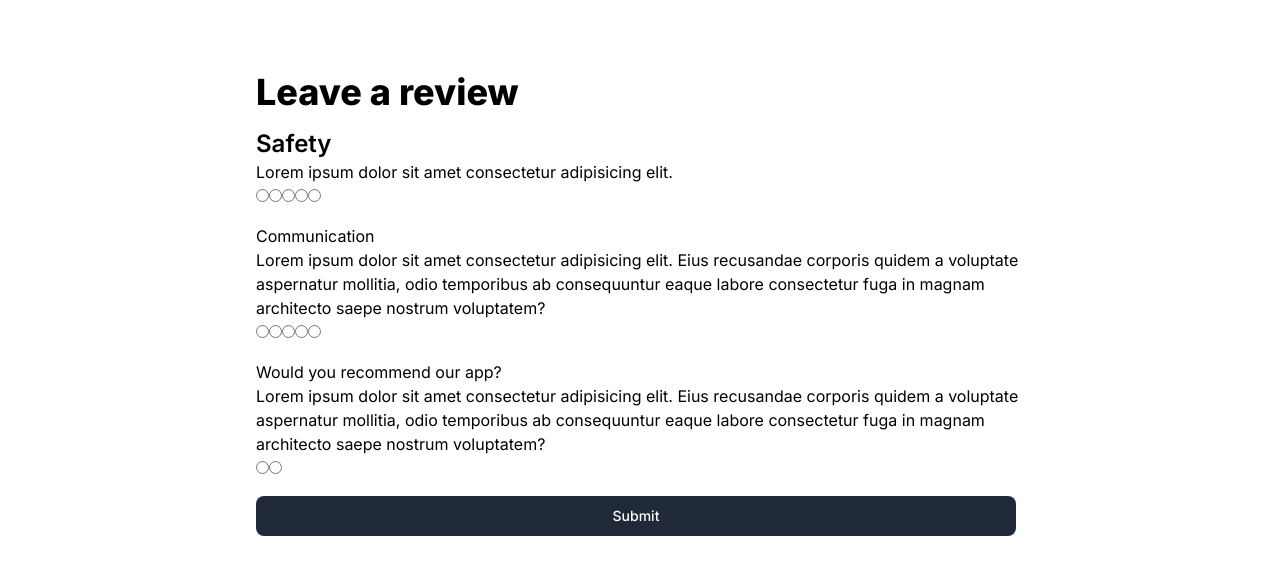
Repository: akankshaajoshi/review-form
Page: /review
An editor plug-in stored every save of this project. The page is shown before and after the next save, followed by the edit.
The browser window is 1280 px wide. The pictures show the whole page.
The project was rebuilt for these pictures with package versions that can differ from the ones it lists, and the page was loaded fresh each time. The framework's server and built-in components were replaced by stand-ins that run in the browser. Also part of the build but not shown: next.config.mjs.

Above is the page before, as saved 2024-05-25 12:34:55.

After the next save:
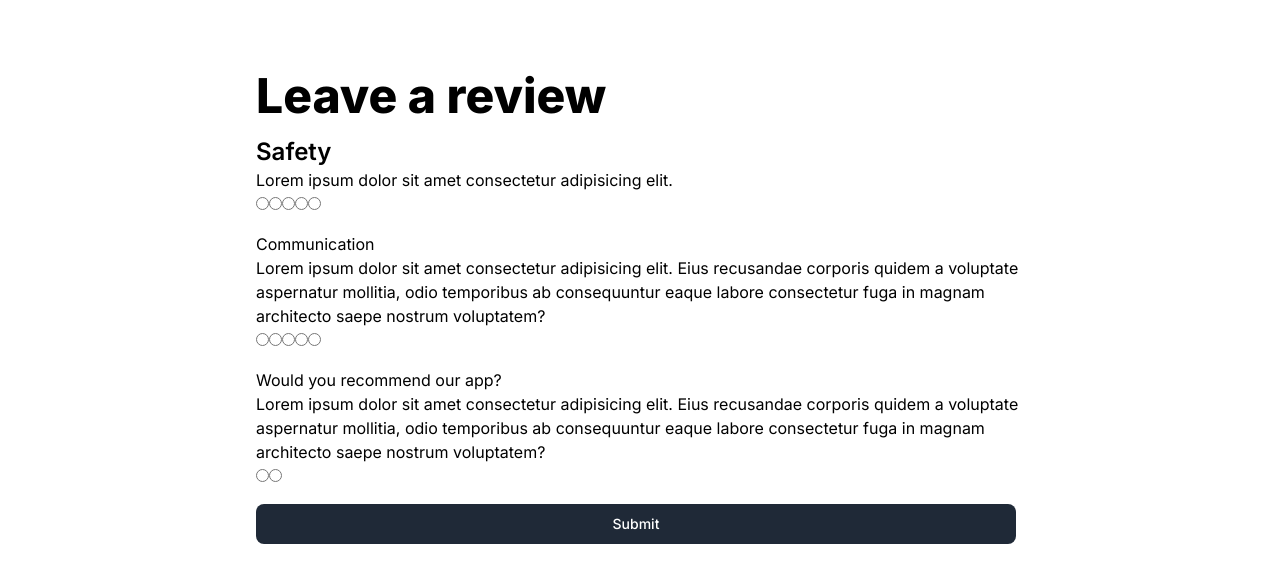
Saved 9 s later.
--- a/app/(routes)/review/page.tsx
+++ b/app/(routes)/review/page.tsx
@@ -21,7 +21,7 @@ export default function Review(){
     return (
         <div className="flex flex-col items-center w-[100vw] h-[100vh]">
             <div className="flex flex-col gap-y-4 items-left mt-[10vh] h-[80vh] w-[60vw]">
-            <h2 className="text-4xl font-extrabold">Leave a review</h2>
+            <h2 className="text-5xl font-extrabold">Leave a review</h2>
             {state?.message}
             <form action={formAction} className="flex flex-col gap-y-4">
                 <fieldset>
